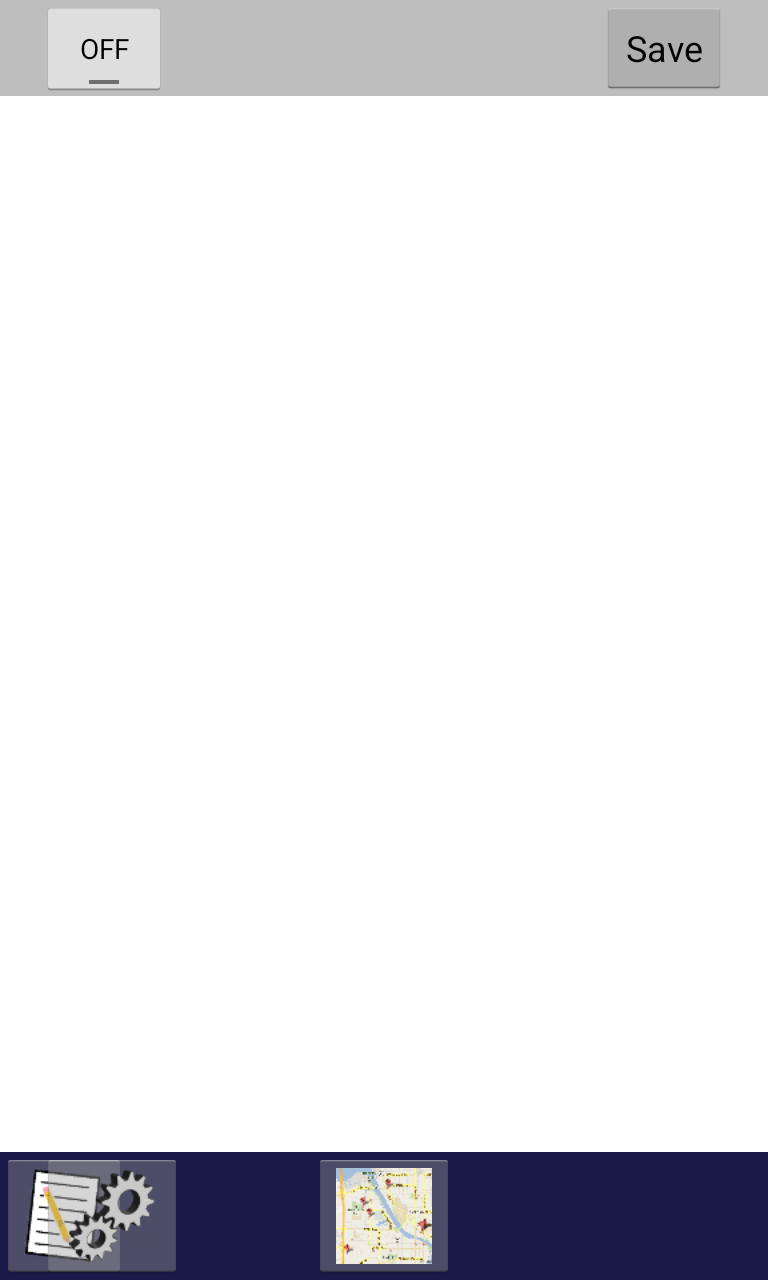
Repository: KarthikDulam/MobileAppDevelopment
Layout: MycontactList/res/layout/activity_contact.xml
An editor plug-in stored every save of this project. The layout is shown before and after the next save, followed by the edit.
It is drawn on a 768 x 1280 px phone screen (xhdpi) without system bars, with theme AppTheme; the app's code is not run.

Above is the layout before, as saved 2016-03-29 23:03:51.

After the next save:
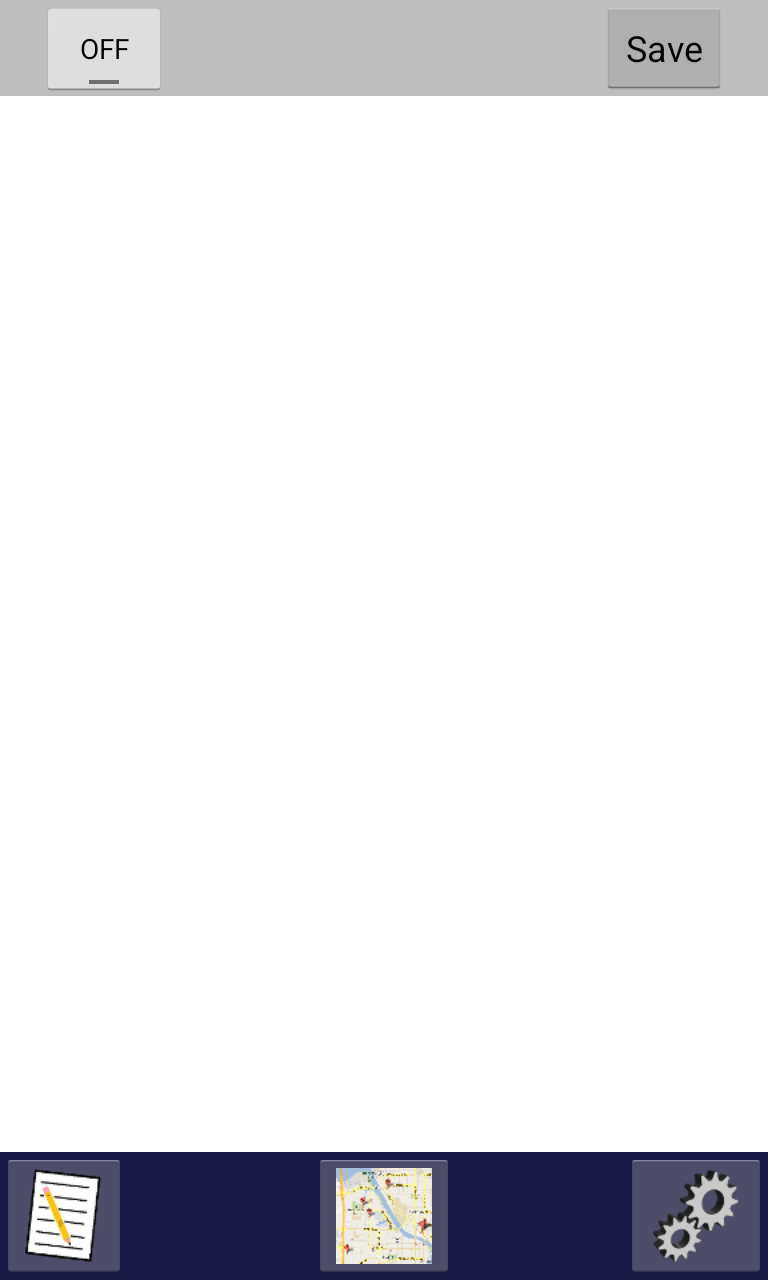
Saved 2 min 48 s later.
--- a/MycontactList/res/layout/activity_contact.xml
+++ b/MycontactList/res/layout/activity_contact.xml
@@ -21,21 +21,20 @@
             android:src="@drawable/contactlisticon" />
 
         <ImageButton
+            android:id="@+id/imageButtonSettings"
+            android:layout_width="wrap_content"
+            android:layout_height="wrap_content"
+            android:layout_alignParentRight="true"
+            android:layout_alignParentTop="true"
+            android:src="@drawable/settingsicon" />
+
+        <ImageButton
             android:id="@+id/imageButton2"
             android:layout_width="wrap_content"
             android:layout_height="wrap_content"
+            android:layout_alignParentTop="true"
             android:layout_centerHorizontal="true"
-            android:layout_centerVertical="true"
             android:src="@drawable/mapicon" />
-
-        <ImageButton
-            android:id="@+id/imageButtonSettings"
-            android:layout_width="wrap_content"
-            android:layout_height="wrap_content"
-            android:layout_centerVertical="true"
-            android:layout_marginLeft="20dp"
-            android:layout_toRightOf="@+id/imageButtonMap"
-            android:src="@drawable/settingsicon" />
 
     </RelativeLayout>
 
@@ -65,4 +64,19 @@
 
     </RelativeLayout>
 
+    <ScrollView
+        android:id="@+id/scrollView1"
+        android:layout_width="wrap_content"
+        android:layout_height="wrap_content"
+        android:layout_below="@+id/toolbar"
+        android:layout_centerHorizontal="true"
+        android:layout_marginTop="105dp" >
+
+        <RelativeLayout
+            android:layout_width="match_parent"
+            android:layout_height="match_parent"
+            android:orientation="vertical" >
+        </RelativeLayout>
+    </ScrollView>
+
 </RelativeLayout>
